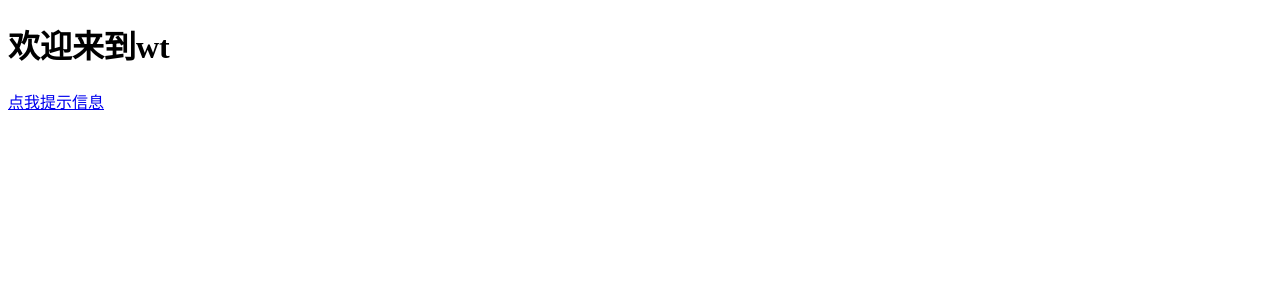
Repository: reggiepy/vueLeaning
Page: 07 事件处理/2 事件修饰符.html
An editor plug-in stored every save of this project. The page is shown before and after the next save, followed by the edit.
The browser window is 1280 px wide. The pictures show the whole page.

Above is the page before, as saved 2021-12-05 18:24:46.

After the next save:
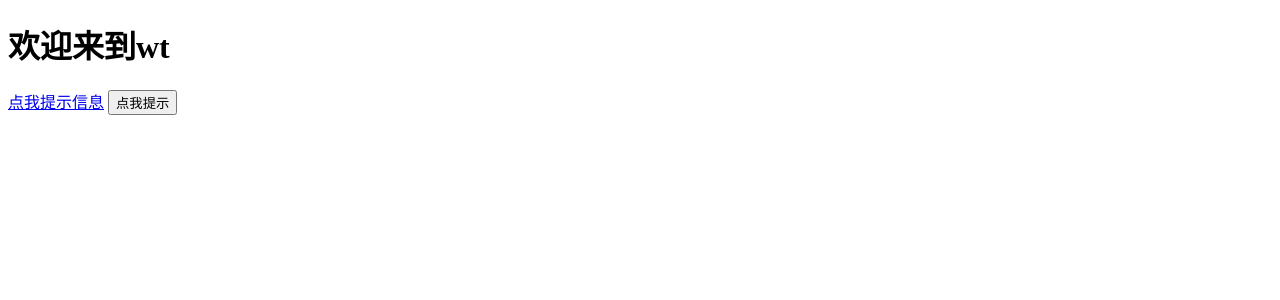
Saved 2 min 3 s later.
--- a/07 事件处理/2 事件修饰符.html
+++ b/07 事件处理/2 事件修饰符.html
@@ -11,6 +11,7 @@
     <div id="root">
         <h1>欢迎来到{{name}}</h1>
         <a href="https://www.baidu.com" @click.prevent="showInfo">点我提示信息</a>
+        <button @click="showInfo">点我提示</button>
     </div>
 </body>
 <script>
